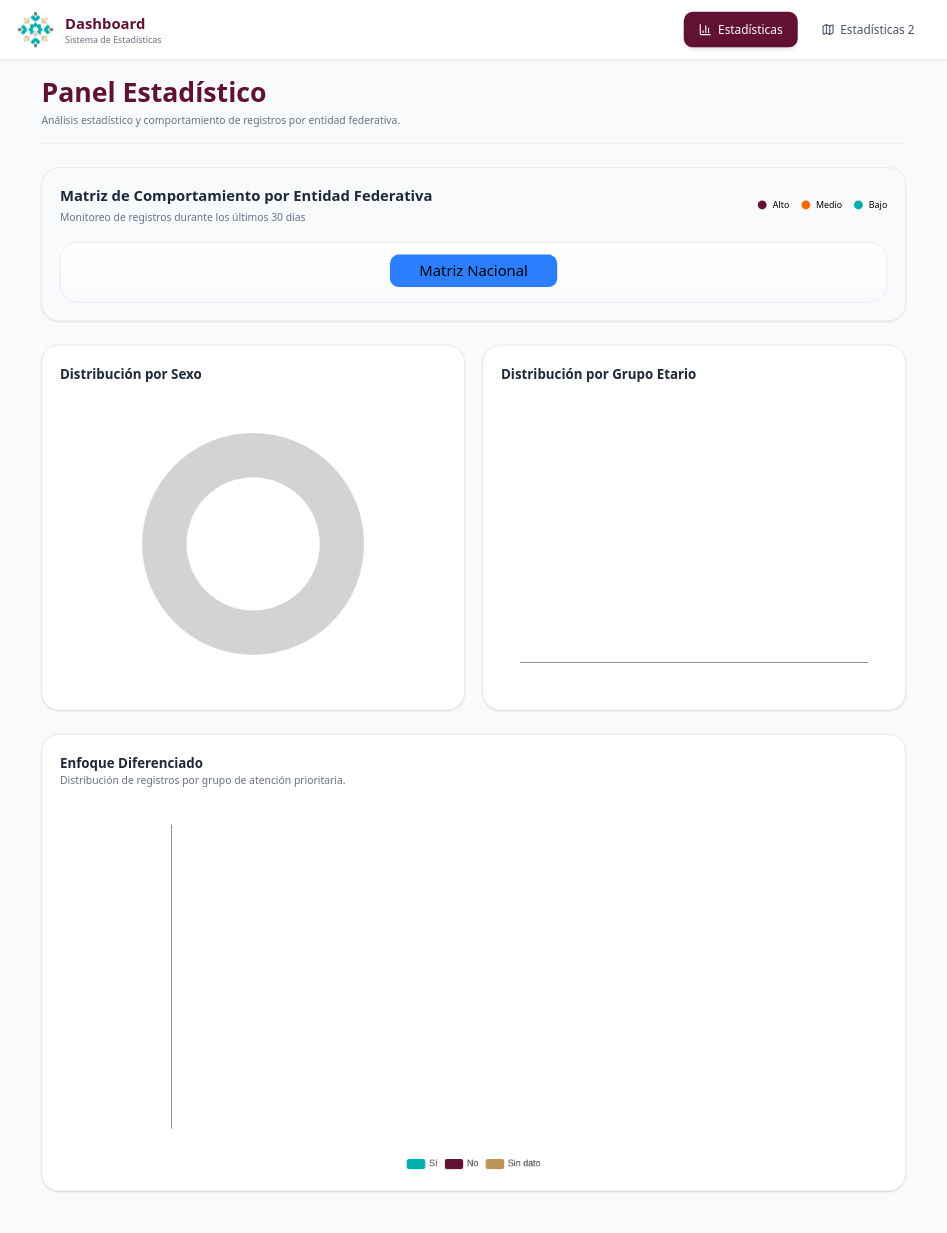
Repository: jesus890/semaforo-cinepolis
Page: /estadisticas
The author's editor kept a copy of each file at every save. The page is drawn from the files as they stood at one save, then again after the next save.
The browser window is 1280 px wide. The pictures show the whole page, at 74% of full size.
The page's requests for data from a server got no answer. The project was rebuilt for these pictures with package versions that can differ from the ones it lists, and the page was loaded fresh each time. No one was signed in, and anything a server would have sent is missing. Also part of the build but not shown: vite.config.ts, src/pages/EstadisticasDosPage.tsx.

Above is the page before, as saved 2026-06-04 13:44:45.

After the next save:
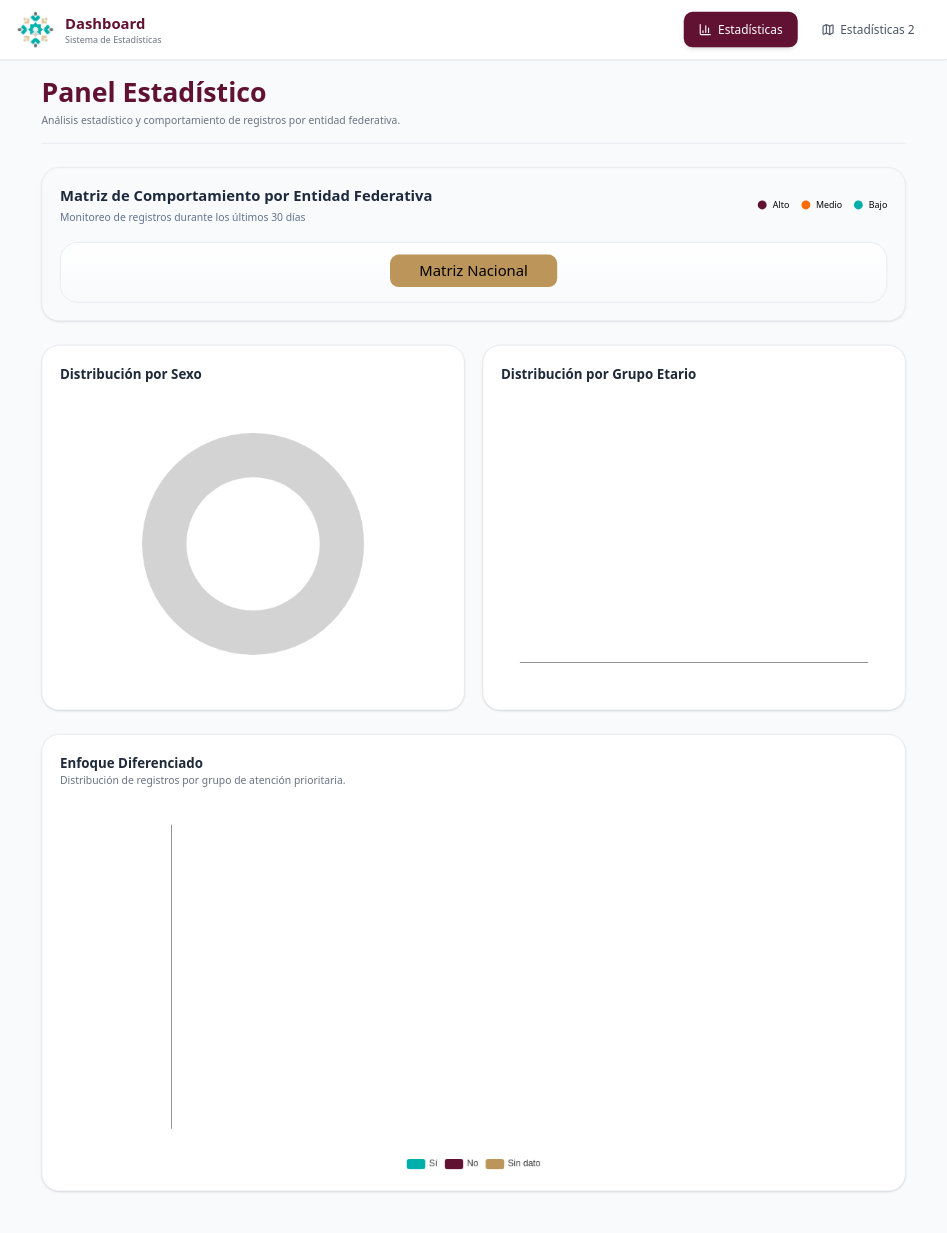
Saved 22 s later.
--- a/src/components/Dashboard/heatmap/HeatmapTable.tsx
+++ b/src/components/Dashboard/heatmap/HeatmapTable.tsx
@@ -44,7 +44,7 @@ export default function HeatmapTable({ rows, level, onRowClick, onCellClick, }:
             {
                 level == "estado" ? (
                     <div className="flex justify-center">
-                        <div className="bg-blue-500 px-10 py-2 rounded-xl">
+                        <div className="bg-[#BC955B] px-10 py-2 rounded-xl">
                             <p className="text-semibold text-xl" >Matriz Nacional</p>
                         </div>
                     </div>
